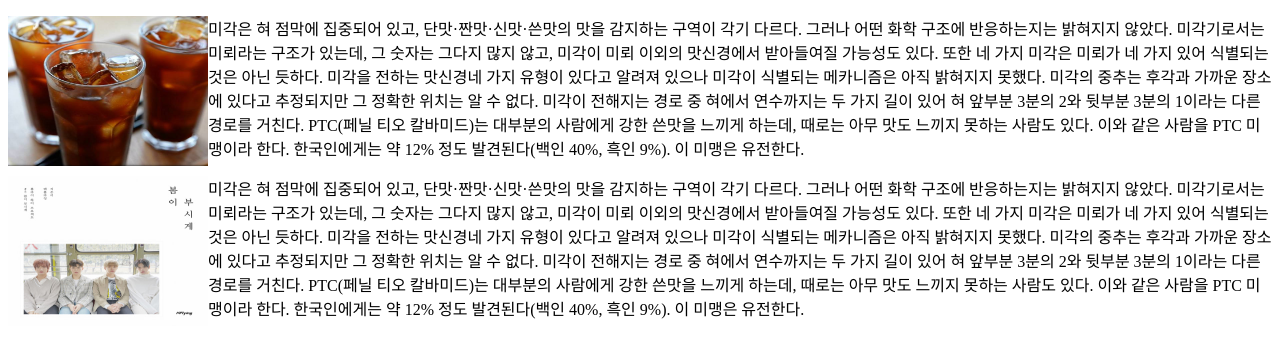
Repository: yul3220/WebProgrammingLecture
Page: webpro/WebContent/2021-01-12/float속성.html
An editor plug-in stored every save of this project. The page is shown before and after the next save, followed by the edit.
The browser window is 1280 px wide. The pictures show the whole page.

Above is the page before, as saved 2021-01-12 01:04:02.

After the next save:
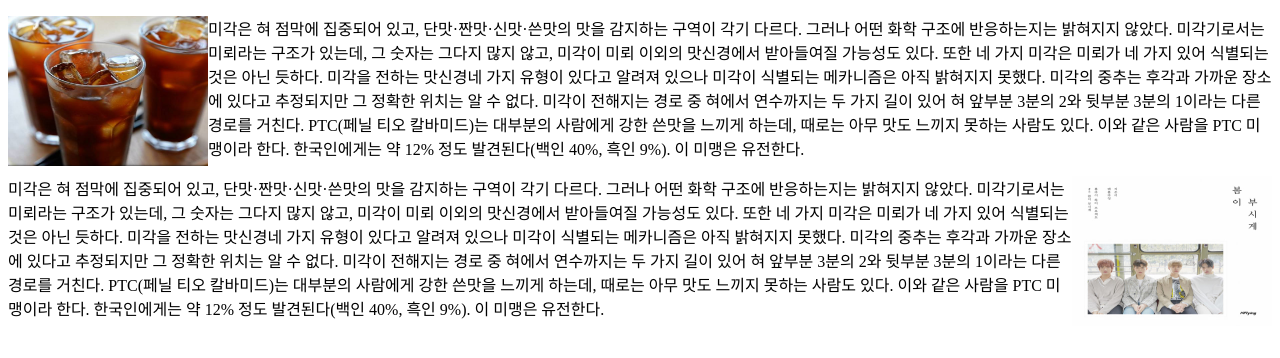
Saved 75 s later.
--- a/webpro/WebContent/2021-01-12/float속성.html
+++ b/webpro/WebContent/2021-01-12/float속성.html
@@ -8,6 +8,9 @@ img{
 	width : 200px;
 	height : 150px;
 	float : left;
+}
+#img2{
+	float : right;
 }
 </style>
 </head>
@@ -25,7 +28,7 @@ img{
  때로는 아무 맛도 느끼지 못하는 사람도 있다. 이와 같은 사람을 PTC 미맹이라 한다.
  한국인에게는 약 12% 정도 발견된다(백인 40%, 흑인 9%). 이 미맹은 유전한다.
 </p>
-<img src="../images/봄이부시게.jpg" alt="봄이부시게">
+<img id="img2" src="../images/봄이부시게.jpg" alt="봄이부시게">
 <p>
 미각은 혀 점막에 집중되어 있고, 단맛·짠맛·신맛·쓴맛의 맛을 감지하는 구역이 각기 다르다.
 그러나 어떤 화학 구조에 반응하는지는 밝혀지지 않았다. 미각기로서는 미뢰라는 구조가 있는데,
